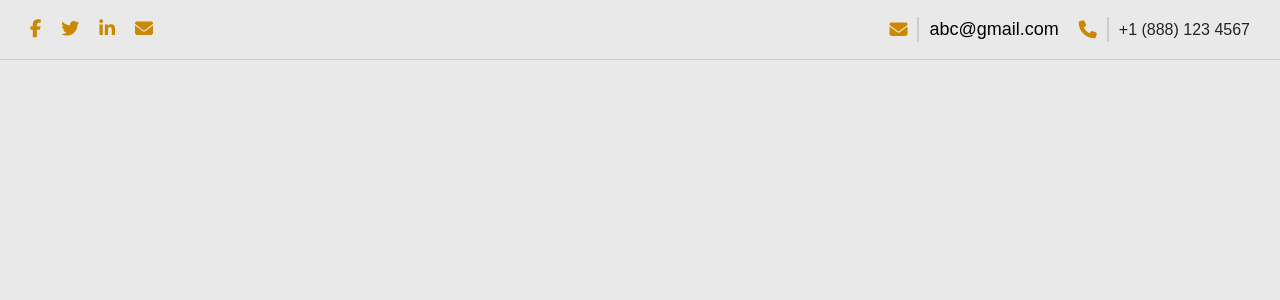
Repository: arehmanraza/lawyer_website
Page: Pages/index.html
The author's editor kept a copy of each file at every save. The page is drawn from the files as they stood at one save, then again after the next save.
The browser window is 1280 px wide. The pictures show the whole page.
Some web libraries are served in a nearby version.

Above is the page before, as saved 2024-05-22 01:35:24.

After the next save:
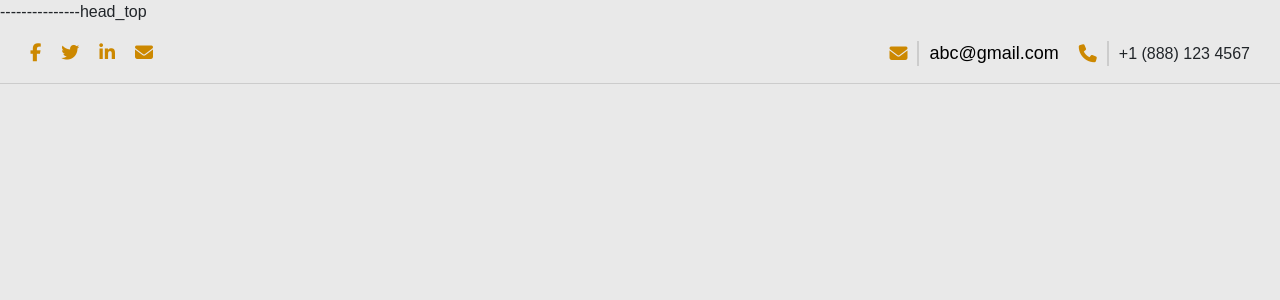
Saved 7 s later.
--- a/Pages/index.html
+++ b/Pages/index.html
@@ -29,6 +29,7 @@
     <div class="main-container">
 
 
+      ---------------head_top
 
 
 

After the 5 saves that followed:
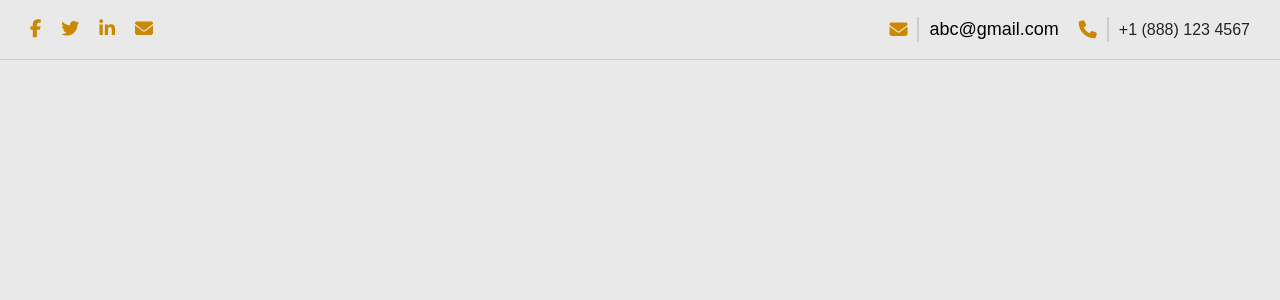
The 5 saves are shown as one change because they came seconds apart.
The last was saved 18 s later.
--- a/Pages/index.html
+++ b/Pages/index.html
@@ -29,7 +29,7 @@
     <div class="main-container">
 
 
-      ---------------head_top
+      <!-- ---------------head_top_container start ------------------  -->
 
 
 
